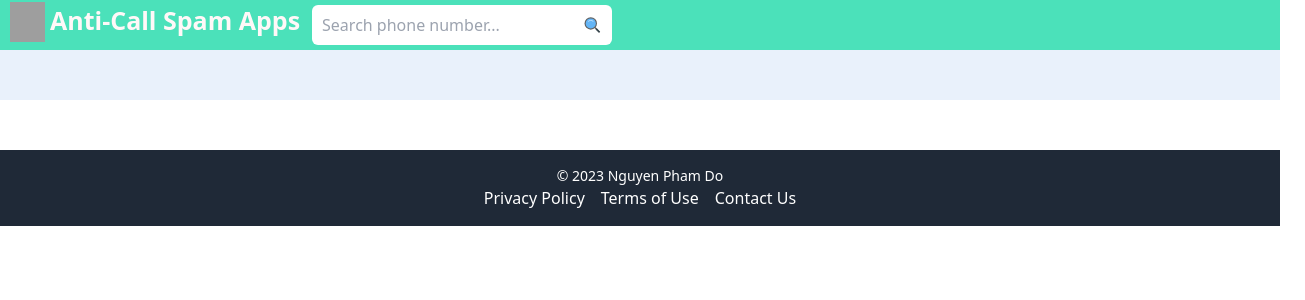
Repository: NPham1402/Web-user-callSpamBlocker
Page: /detail
An editor plug-in stored every save of this project. The page is shown before and after the next save, followed by the edit.
The browser window is 1280 px wide. The page is 1280 px wide, then 1305 px, then 1280 px, so the pictures cover 1305 px, including what lies to the right of the window. The pictures show the whole page.
Pictures or frames that could not be fetched are drawn as grey boxes. The project was rebuilt for these pictures with package versions that can differ from the ones it lists, and the page was loaded fresh each time. The framework's server and built-in components were replaced by stand-ins that run in the browser. Also part of the build but not shown: next.config.js.

Above is the page before, as saved 2023-02-09 22:00:16.

### pages/detail.js
import Head from "next/head";
import { useRouter } from "next/router";
import React from "react";
import { FcSearch } from "react-icons/fc";
function detail() {
  const router = useRouter();
  const {
    query: { id },
  } = router;
  return (
    <>
      {" "}
      <Head>
        <title>Check number spam</title>
        <meta name="description" content="Generated by create next app" />
        <meta name="viewport" content="width=device-width, initial-scale=1" />
        <link rel="icon" href="/favicon.ico" />
      </Head>
      <main className="relative">
        <div className="w-100 pl-[10px] pt-[2px] flex flex-row h-[50px] bg-[#4BE1BA]">
          <img
            src="https://static.callblocker.org/img/logo.png"
            className=" w-[35px] h-[40px]"
          />
          <p className="pl-[5px] pt-[6px] leading-none font-Raleway font-semibold text-[25px] text-[#FFF8F8] ">
            Anti-Call Spam Apps
          </p>
          <div className="flex flex-row p-[10px] rounded-[6px]  w-[300px] h-[40px] ml-[12px] mt-[3px] bg-white">
            <input
              className="w-full h-full outline-none"
              placeholder="Search phone number..."
            />
            <FcSearch className="text-[20px] cursor-pointer" />
          </div>
        </div>
        <div className="w-full p-[25px] h-[50px] bg-[#e9f1fb]"></div>
      </main>
      <footer class="bg-gray-800 mt-[50px] text-white py-4">
        <div class="container mx-auto">
          <p class="text-center text-sm">&copy; 2023 Nguyen Pham Do</p>
          <div class="flex justify-center">
            <a href="#" class="text-white mx-2">
              Privacy Policy
            </a>
            <a href="#" class="text-white mx-2">
              Terms of Use
            </a>
            <a href="#" class="text-white mx-2">
              Contact Us
            </a>
          </div>
        </div>
      </footer>
    </>
  );
}

export default detail;

### styles/globals.css
@tailwind base;
@tailwind components;
@tailwind utilities;
@import url('https://fonts.googleapis.com/css2?family=Raleway:ital&display=swap');

Loaded but not shown: pages/_app.js (common file); pages/_document.js (common file); tailwind.config.js (common file)

After the next save:
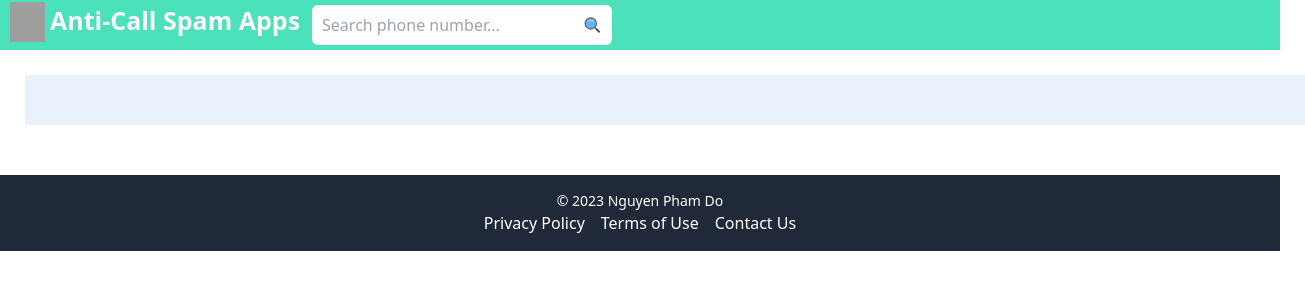
Saved 14 s later.
--- a/pages/detail.js
+++ b/pages/detail.js
@@ -33,7 +33,7 @@
             <FcSearch className="text-[20px] cursor-pointer" />
           </div>
         </div>
-        <div className="w-full p-[25px] h-[50px] bg-[#e9f1fb]"></div>
+        <div className="w-full m-[25px] h-[50px] bg-[#e9f1fb]"></div>
       </main>
       <footer class="bg-gray-800 mt-[50px] text-white py-4">
         <div class="container mx-auto">

After the save that followed:
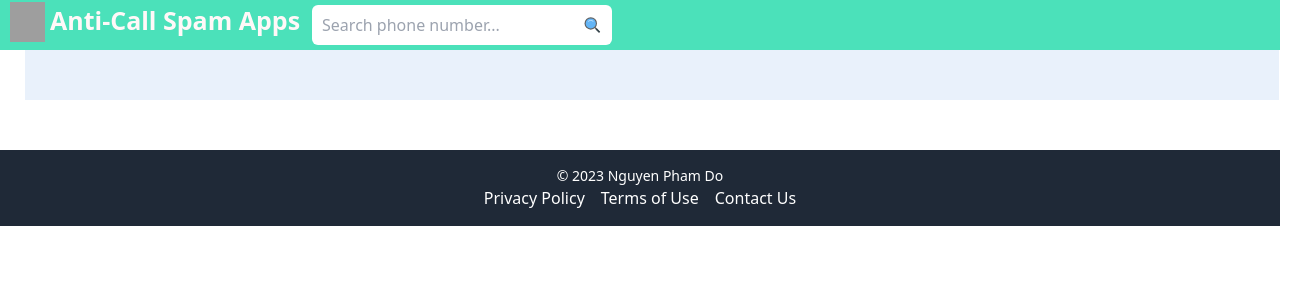
Saved 29 s later.
--- a/pages/detail.js
+++ b/pages/detail.js
@@ -33,7 +33,7 @@
             <FcSearch className="text-[20px] cursor-pointer" />
           </div>
         </div>
-        <div className="w-full m-[25px] h-[50px] bg-[#e9f1fb]"></div>
+        <div className="w-[98%] mx-[25px] h-[50px] bg-[#e9f1fb]"></div>
       </main>
       <footer class="bg-gray-800 mt-[50px] text-white py-4">
         <div class="container mx-auto">
